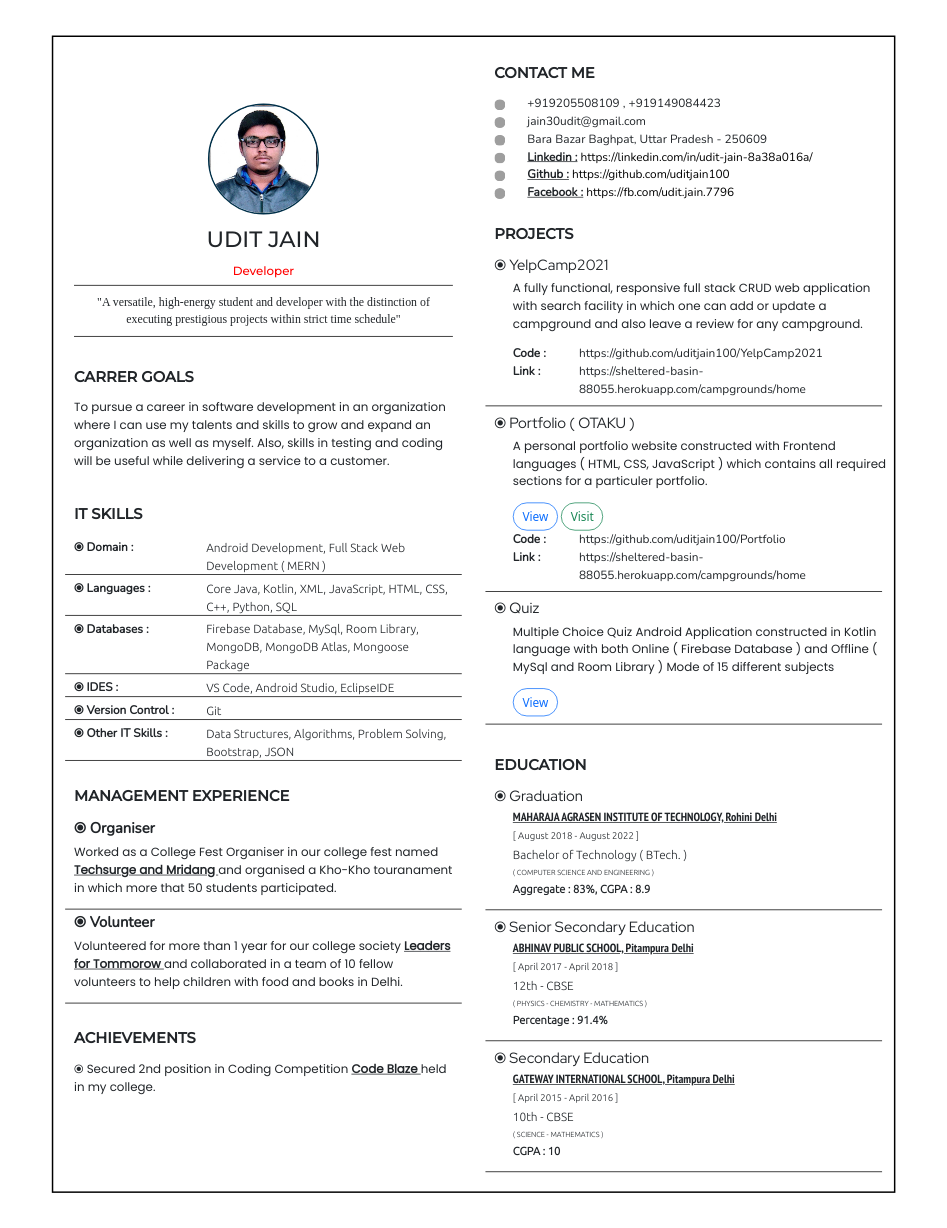
Repository: uditjain100/Resume
Page: index.html
An editor plug-in stored every save of this project. The page is shown before and after the next save, followed by the edit.
The browser window is 1280 px wide. The pictures show the whole page, at 74% of full size.
Pictures or frames that could not be fetched are drawn as grey boxes. Some web fonts or font styles are not loaded; a fallback is used. Some web libraries are served in a nearby version.

Above is the page before, as saved 2021-03-03 00:31:56.

After the next save:
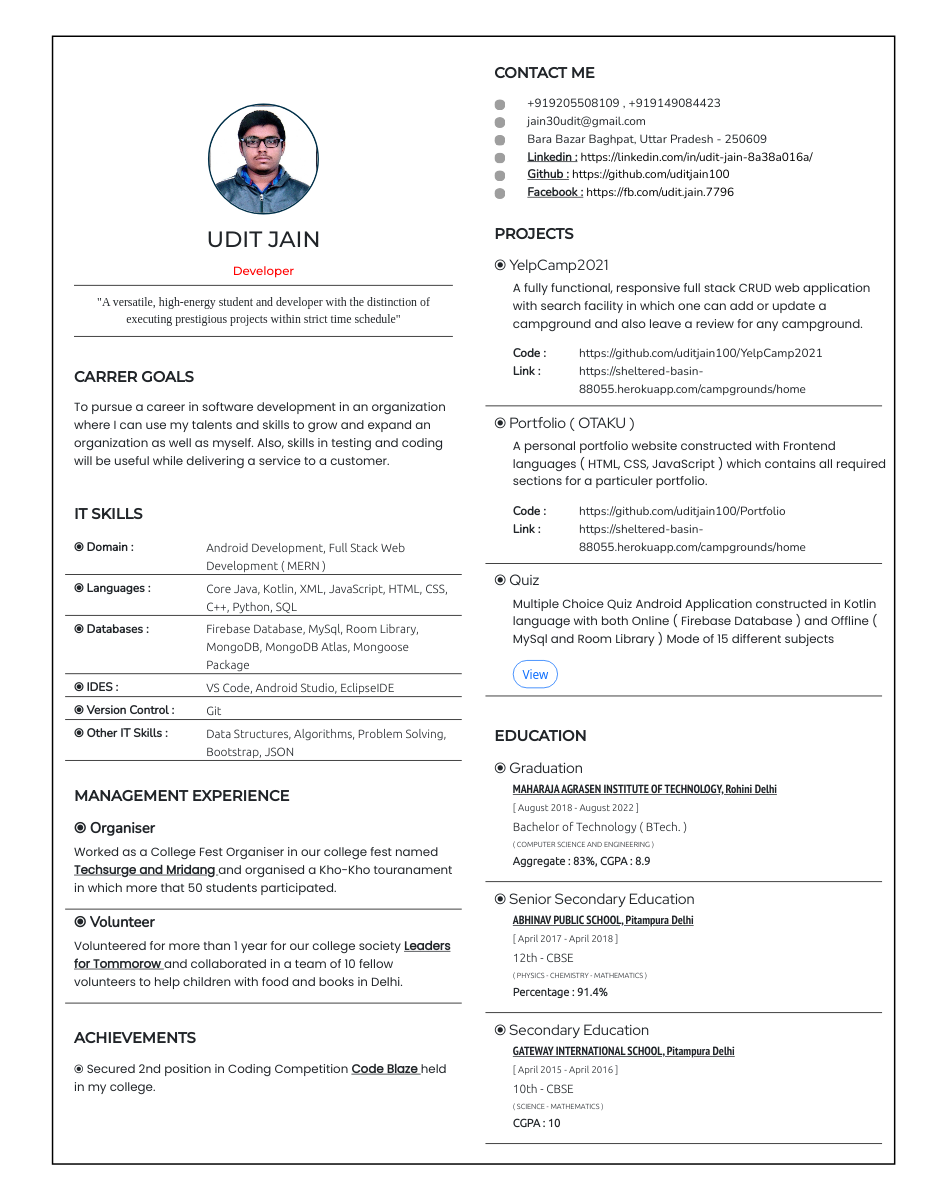
Saved 28 s later.
--- a/index.html
+++ b/index.html
@@ -338,18 +338,6 @@ class="btn btn-outline-success rounded-pill"
                       languages ( HTML, CSS, JavaScript ) which contains all
                       required sections for a particuler portfolio.
                     </p>
-                    <span>
-                      <a
-                        href="https://github.com/uditjain100/Portfolio"
-                        class="btn btn-outline-primary rounded-pill"
-                        >View</a
-                      >
-                      <a
-                        href="https://sheltered-basin-88055.herokuapp.com/campgrounds/home"
-                        class="btn btn-outline-success rounded-pill"
-                        >Visit</a
-                      >
-                    </span>
                     <ul class="list-group">
                       <li id="contactitem" class="row">
                         <div class="col-2">
